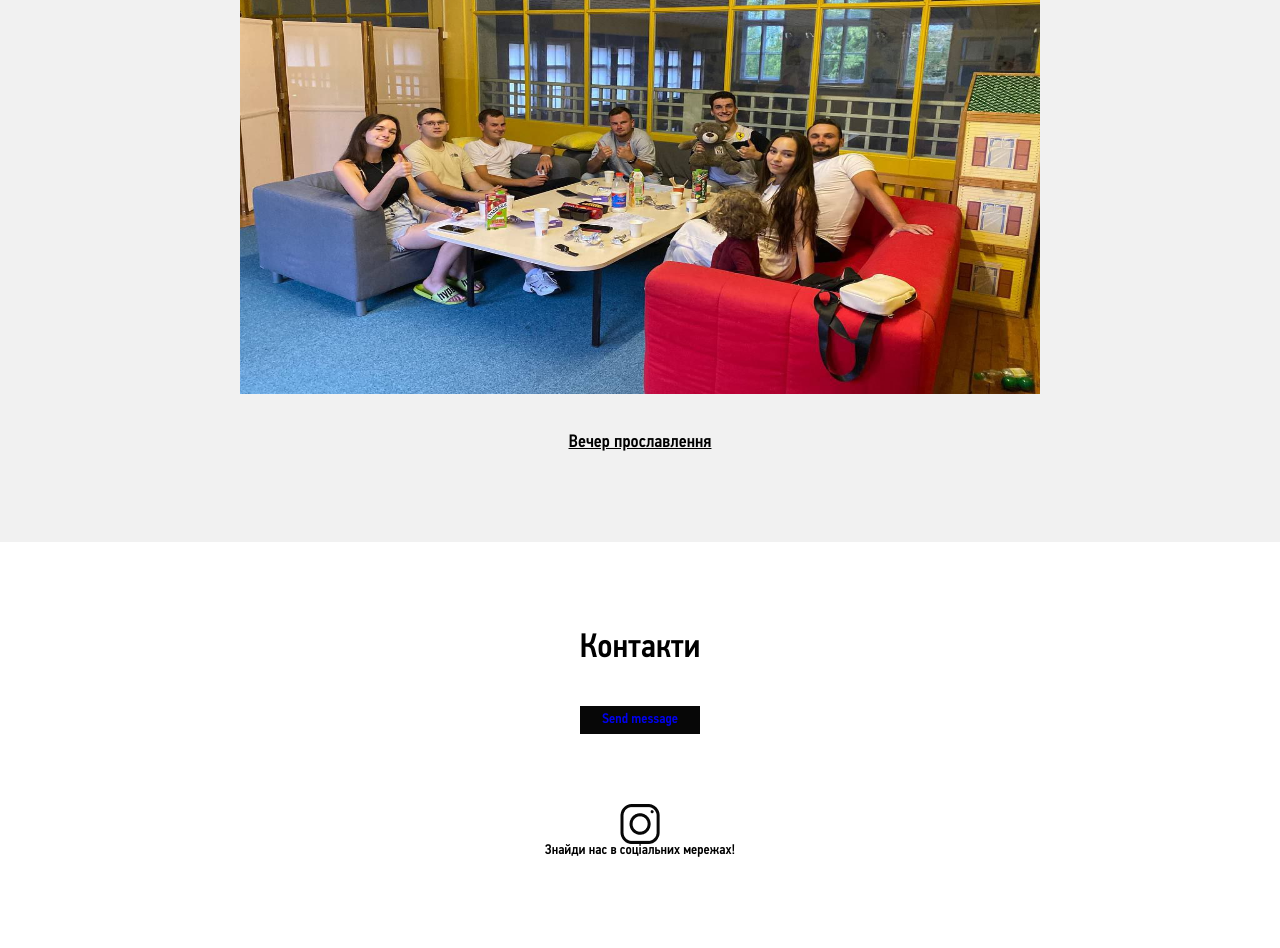
Repository: Bohdan-Sandovenko/youth-project
Page: index.html
The author's editor kept a copy of each file at every save. The page is drawn from the files as they stood at one save, then again after the next save.
The browser window is 1280 px wide. The pictures show the part of the page from y = 2684 to 3636 px (the page is 3632 px tall before and 3636 px after).
Some web fonts or font styles are not loaded; a fallback is used. The style sheet was rebuilt from its Sass, Less or Tailwind sources for each picture, by a compiler version that may differ from the author's.

Above is the page before, as saved 2024-09-23 20:41:39.

### index.html
<!DOCTYPE html>
<html lang="en">
<head>
    <meta charset="UTF-8">
    <meta name="viewport" content="width=device-width, initial-scale=1.0">
    <title>Pharos - Christian youth</title>
    <link rel="stylesheet" href="css/style.css">
    <link rel="stylesheet" href="css/media.css">
</head>
<body>
    <header class="header">
        <div class="container">
            <!--Header nav-->
            <div class="header-nav">
                <a href="#!" class="logo">Pharos</a>
                <nav class="nav">
                    <ul class="nav-list">
                        <li class="nav-item"><a href="" class="nav-link">Главная</a></li>
                        <li class="nav-item"><a href="" class="nav-link">О Нас</a></li>
                        <li class="nav-item"><a href="" class="nav-link">Фотогалерея</a></li>
                        <li class="nav-item"><a href="" class="nav-link">Контакты</a></li>
                    </ul>
                </nav>
            </div>
            <!--header content-->
            <div class="header-row">
                <div class="header-content">
                    <h1 class="header-heading">Молодіжка в Ґданську</h1>
                    <p>Щосуботи о 19:00 Generała Henryka Dąbrowskiego 11</p>
                </div>
                <div class="header-img">
                    <img src="./img/cross-chrisitian.png" alt="">
                </div>
            </div>
        </div>
    </header>
    <section class="services">
        <div class="container">
            <div class="services-row">
                <div class="service-card">
                    <img class='service-card-img'src="./img/icons/bible.png" alt="">
                    <h3 class="service-card-title">Проповіді</h3>
                </div>

                <div class="service-card">
                    <img class='service-card-img' src="./img/icons/sing-song.png" alt="">
                    <h3 class="service-card-title">Прославлення</h3>
                </div>

                <div class="service-card">
                    <img class='service-card-img' src="./img/icons/active-games.png" alt="">
                    <h3 class="service-card-title">Вільний час</h3>
                </div>
            </div>
        </div>
    </section>
    <section class="images">
        <div class="container">
            <div class="images-title">
                <h2 class="title-1">Чим ми займаємося?</h2>
            </div>
            <div class="images-about-us">
                <img src="img/sermons.jpg" alt="" class="about-image">
                <h3 class="worhip-title"><a href="#!">Вечер прославлення</a></h3>
            </div>

            <div class="images-about-us">
                <img src="img/worship.JPG" alt="" class="about-image">
                <h3 class="worhip-title"><a href="#!">Вечер прославлення</a></h3>
            </div>

            <div class="images-about-us">
                <img src="img/young-conversation.jpg" alt="" class="about-image">
                <h3 class="worhip-title"><a href="#!">Вечер прославлення</a></h3>
            </div>
        </div>
    </section>
    <footer class="contacts">
        <div class="container">
            <div class="contacts-title">
                <h2 class="title-1">Контакти</h2>
            </div>
            <div class="contacts-button">
                <a href="#!" class="btn">Send message</a>
            </div>
            <div class="contacts-social">
                <a href=""><img src="./img/instagram.png" alt="Instagram"></a>
            </div>
            <div class="contacts-footer">
                Знайди нас в соціальних мережах!
            </div>
        </div>
    </footer>
    <script src="./js/main.js"></script>
</body>
</html>

### css/style.scss
@import "nullstyles.scss";

@font-face {
    font-family: 'Poppins';
    src: url('../fonts/Poppins/PFDinTextCondPro-Medium.woff2') format('woff2');
    font-weight: 900;
    font-style: bold;
    font-display: swap;
}

@font-face {
    font-family: 'Permanent Marker';
    src: url('../fonts/Permanent/PermanentMarker-Regular.woff2') format('woff2');
    font-weight: normal;
    font-style: normal;
    font-display: swap;
}

%title {
    font-size: 34px;
    font-weight: 600;
}

body {
    color: black;
    font-family: 'Poppins', sans-serif;

    .header {
        padding: 46px 0px 0px 0px;
        background-color: #F1F1F1;

        .container {
            max-width: 1230px;
            padding: 0 30px;
            margin: 0 auto;

            .header-nav {
                display: flex;
                justify-content: space-between;
                align-items: flex-end;
                margin-bottom: 76px;

                .logo {
                    font-family: 'Permanent Marker';
                    font-weight: 700;
                    font-size: 40px;
                    color: black;
                }

                .nav-list {
                    display: flex;
                    column-gap: 50px; //оступы между элементами
                    font-size: 14px;

                    .nav-item {
                        .nav-link {
                            color: black;

                            &:hover {
                                color: #606060;
                            }
                        }
                    }
                }
            }

            .header-row {
                display: flex;
                justify-content: space-between;
                column-gap: 30px;

                .header-content {
                    max-width: 500px;
                    align-self: center;

                    .header-heading {
                        font-weight: 600;
                        margin-bottom: 20px;
                        font-size: 44px;
                    }

                    p {
                        line-height: 2;
                    }
                }
            }
        }
    }

    //Service
    .services {
        padding: 90px 0px;

        .container {
            display: flex;
            justify-content: center;

            .services-row {
                display: flex;
                column-gap: 40px;

                .service-card {


                    .service-card-img {
                        height: 70px;
                        width: 70px;
                        margin-bottom: 30px;
                    }

                    .service-card-title {
                        font-weight: 600;
                        font-size: 24px;
                        margin-bottom: 10px;
                        text-transform: uppercase;
                    }

                    & p {
                        line-height: 2;
                    }
                }
            }
        }
    }
}

//images
.images {
    background-color: #F1F1F1;
    padding: 90px 0px;

    .container {
        .images-title {
            text-align: center;
            margin-bottom: 70px;

            .title-1 {
                font-size: 34px;
                font-weight: 600;
            }
        }

        .images-about-us {
            text-align: center;

            &+.images-about-us {
                margin-top: 90px;
            }

            .about-image {
                height: 500px;
                width: 800px;
                margin-bottom: 40px;
            }

            .worhip-title {
                font-size: 18px;

                & a {
                    color: #000;
                    text-decoration: underline;
                }
            }
        }
    }
}

.contacts {
    padding: 90px 0px;
    text-align: center;

    .container {
        .contacts-title {
            margin-bottom: 40px;

            .title-1 {
                @extend %title;
            }
        }

        .contacts-button {
            margin-bottom: 70px;

            & .btn {
                background-color: #070707;
                display: inline-block; //щоб працювала, як блок, але ширина оприділялася внутрі
                padding: 7px 22px;
            }
        }
    }
}

### css/nullstyles.scss
* {
    padding: 0;
    margin: 0;
    border: 0;
}


*,
*:before,
*:after {
    -webkit-box-sizing: border-box;
    -moz-box-sizing: border-box;
    box-sizing: border-box;
}


:focus,
:active {
    outline: none;
}

a:focus,
a:active {
    outline: none;
}


nav,
footer,
header,
aside {
    display: block;
}


html,
body {
    height: 100%;
    width: 100%;
    font-size: 100%;
    line-height: 1;
    font-size: 14px;
    -ms-text-size-adjust: 100%;
    -moz-text-size-adjust: 100%;
    -webkit-text-size-adjust: 100%;
}


input,
button,
textarea {
    font-family: inherit;
}


input::-ms-clear {
    display: none;
}

button {
    cursor: pointer;
}

button::-moz-focus-inner {
    padding: 0;
    border: 0;
}

a,
a:visited {
    text-decoration: none;
}

a:hover {
    text-decoration: none;
}

ul li {
    list-style: none;
}

img {
    vertical-align: top;
}

h1,
h2,
h3,
h4,
h5,
h6 {
    font-size: inherit;
    font-weight: 400;
}

Loaded but not shown: js/main.js (no stored copy; drawn as an empty file); css/media.scss (no stored copy; drawn as an empty file)

After the next save:
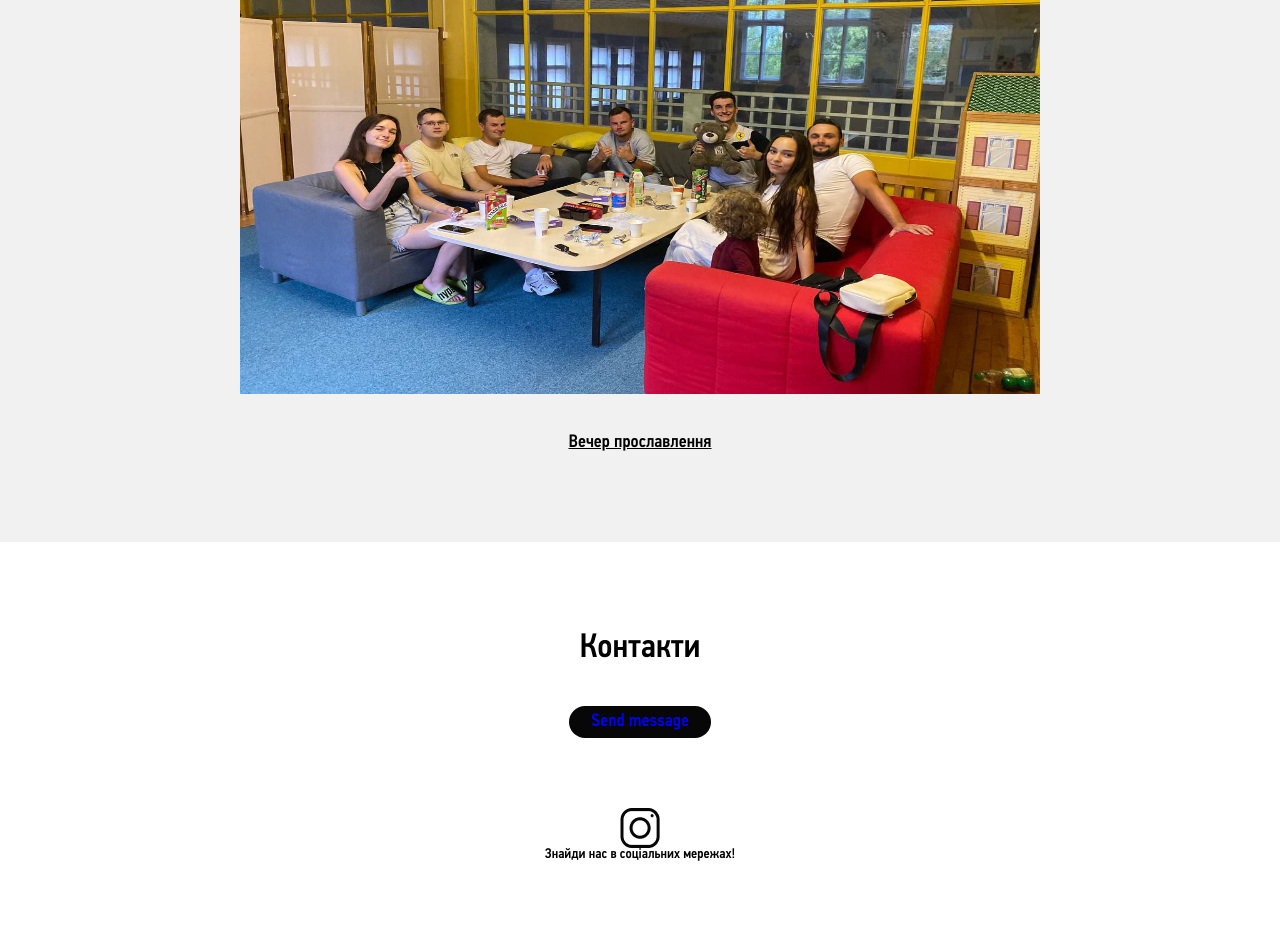
Saved 49 s later.
--- a/css/style.scss
+++ b/css/style.scss
@@ -185,6 +185,8 @@ body {
                 background-color: #070707;
                 display: inline-block; //щоб працювала, як блок, але ширина оприділялася внутрі
                 padding: 7px 22px;
+                border-radius: 30px;
+                font-size: 18px;
             }
         }
     }
